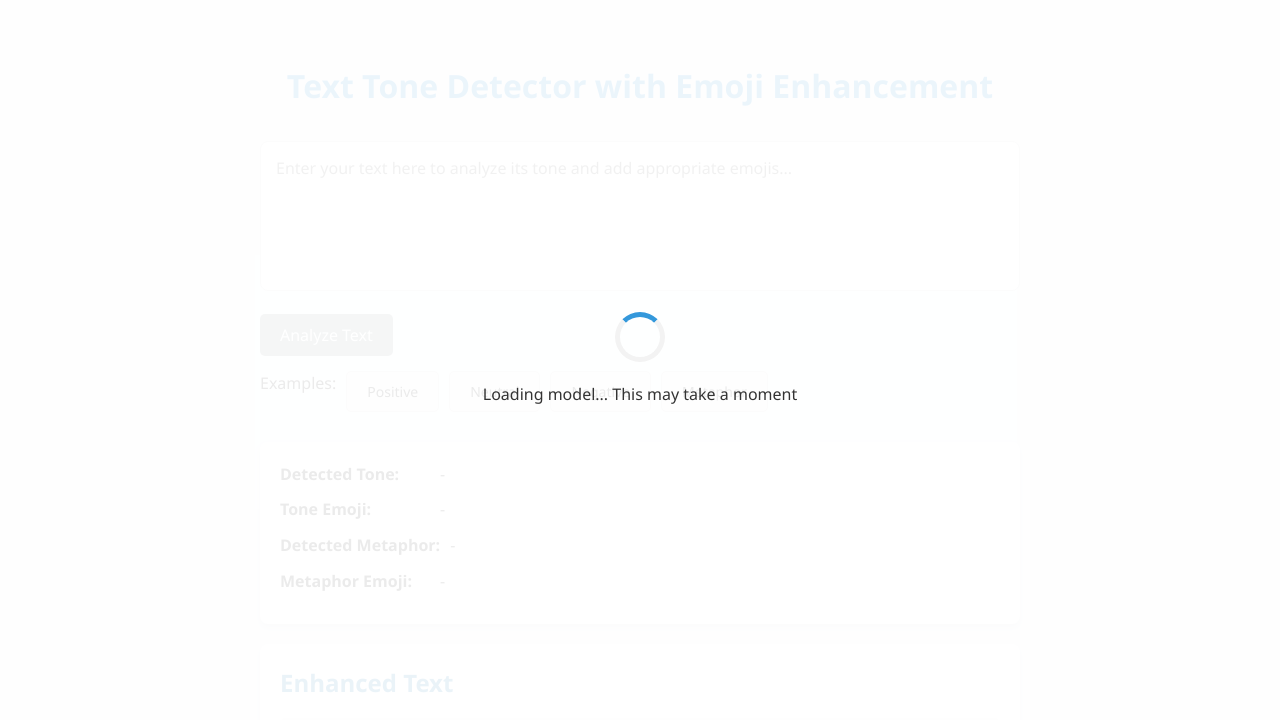
Repository: Teycir/emojiadder
Page: index.html
The author's editor kept a copy of each file at every save. The page is drawn from the files as they stood at one save, then again after the next save.
The browser window is 1280 px wide. The pictures show the window.
A layer covers the whole window, so only the first screen is drawn.

Above is the page before, as saved 2025-03-22 18:06:49.

After the next save:
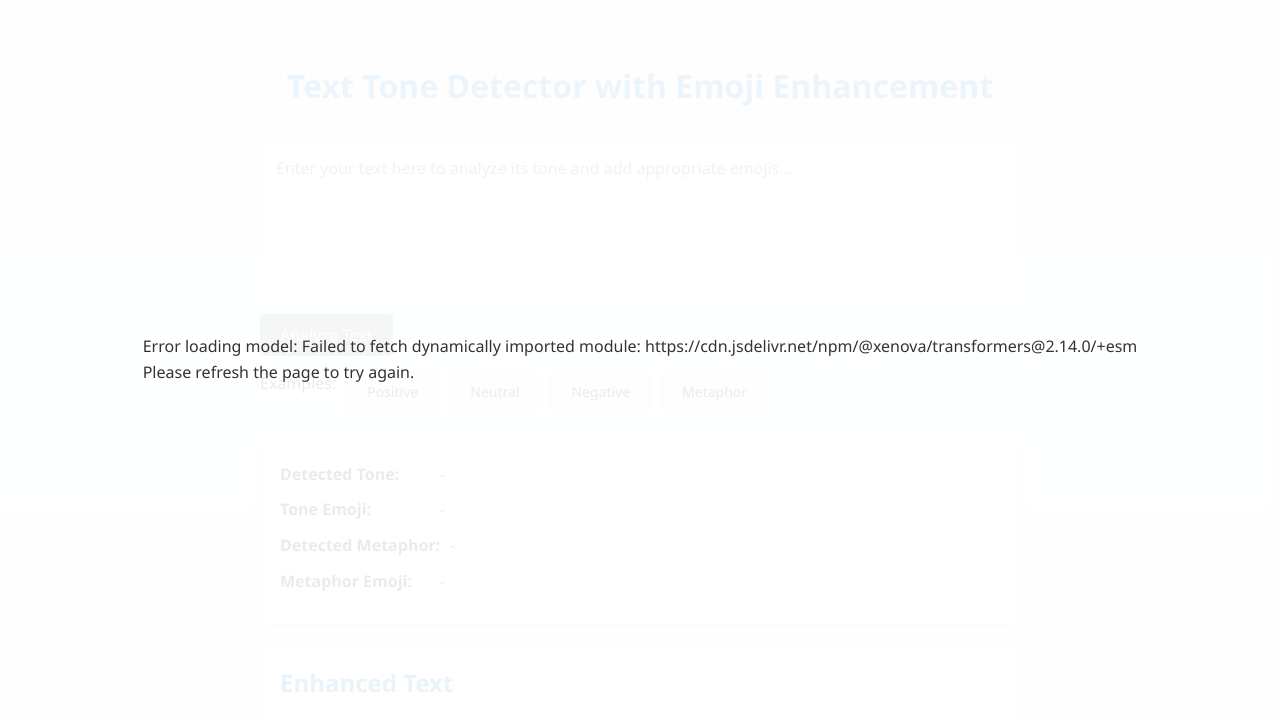
Saved 25 s later.
--- a/TextToneDetector.js
+++ b/TextToneDetector.js
@@ -17,11 +17,8 @@ class TextToneDetector {
     // Model loading status
     this.isModelLoaded = false;
 
-    // Initialize model with a slight delay to ensure DOM is ready
-    setTimeout(() => {
-      console.log('Starting model initialization after delay');
-      this.initializeModel();
-    }, 100);
+    // Initialize model
+    this.initializeModel();
   }
 
   async initializeModel() {
@@ -51,7 +48,17 @@ class TextToneDetector {
       }
     } catch (error) {
       console.error('Error initializing model:', error);
-      alert('Failed to load the sentiment analysis model. Please check your connection and try again.');
+
+      // Show error in the UI
+      const loader = document.getElementById('loader');
+      if (loader) {
+        loader.innerHTML = `
+          <div class="error">
+            <p>Error loading model: ${error.message}</p>
+            <p>Please refresh the page to try again.</p>
+          </div>
+        `;
+      }
     }
   }
 

After the 2 saves that followed:
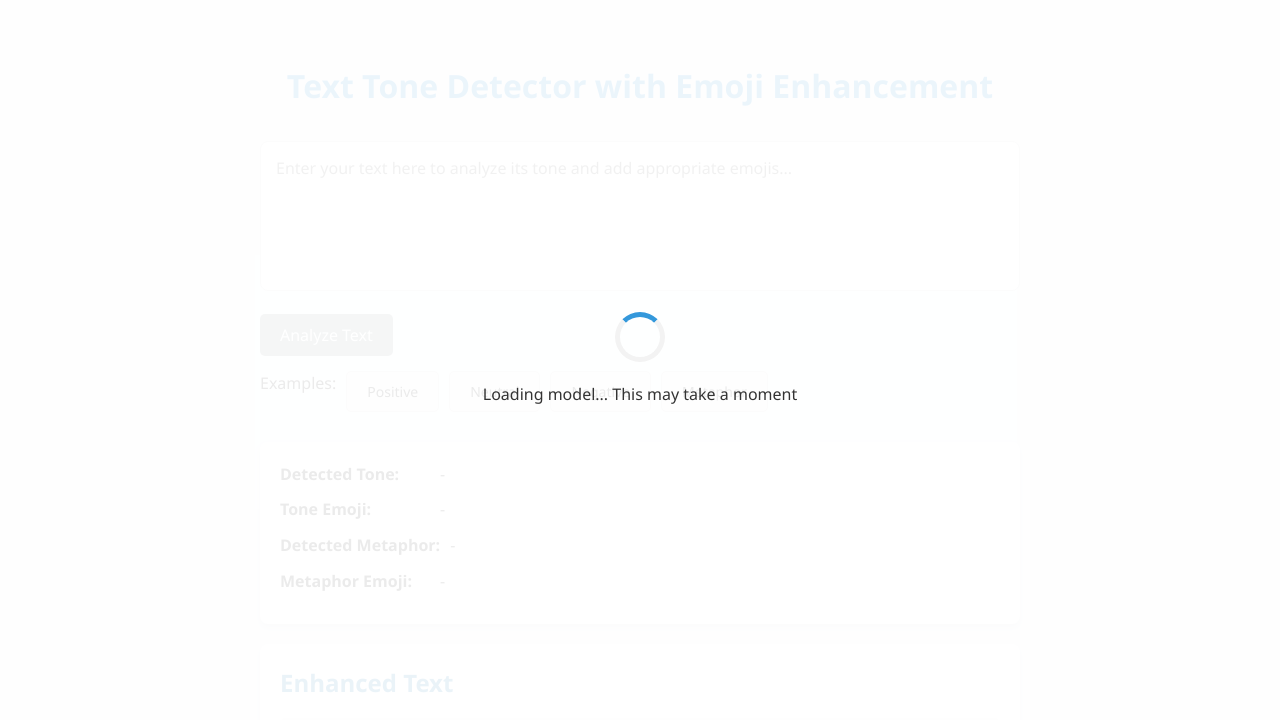
The 2 saves are shown as one change because 1 left the picture as it was.
The last was saved 2 min 49 s later.
--- a/index.html
+++ b/index.html
@@ -5,7 +5,39 @@
     <meta name="viewport" content="width=device-width, initial-scale=1.0">
     <title>Text Tone Detector</title>
     <link rel="stylesheet" href="styles.css">
-    <!-- We'll load the Transformers library as a module in our main script -->
+    <!-- Create a global initialization system -->
+    <script>
+        // Global initialization system
+        window.AppInit = {
+            transformersReady: false,
+            onTransformersReady: [],
+
+            // Register a callback to be called when Transformers is ready
+            registerCallback: function(callback) {
+                if (this.transformersReady) {
+                    // If Transformers is already ready, call the callback immediately
+                    callback();
+                } else {
+                    // Otherwise, add it to the queue
+                    this.onTransformersReady.push(callback);
+                }
+            },
+
+            // Called when Transformers is loaded
+            transformersLoaded: function() {
+                console.log('Transformers library loaded and ready');
+                this.transformersReady = true;
+
+                // Call all registered callbacks
+                this.onTransformersReady.forEach(callback => callback());
+                this.onTransformersReady = [];
+            }
+        };
+    </script>
+
+    <!-- Load Transformers.js with onload handler -->
+    <script src="https://cdn.jsdelivr.net/npm/@xenova/transformers@2.14.0"
+            onload="window.AppInit.transformersLoaded()"></script>
 </head>
 <body>
     <div class="container">
--- a/models/SentimentModel.js
+++ b/models/SentimentModel.js
@@ -1,13 +1,10 @@
 /**
  * Handles sentiment analysis using Transformers.js
- *
- * Using dynamic import to load the Transformers library as a module
  */
 class SentimentModel {
   constructor() {
     this.isLoaded = false;
     this.pipeline = null;
-    this.transformers = null;
 
     console.log('SentimentModel constructor called');
   }
@@ -17,27 +14,53 @@ class SentimentModel {
    * @returns {Promise} Resolves when model is loaded
    */
   async initialize() {
+    return new Promise((resolve, reject) => {
+      try {
+        console.log('Starting to initialize sentiment model');
+
+        // Use the global initialization system to ensure Transformers is loaded
+        window.AppInit.registerCallback(async () => {
+          try {
+            console.log('Transformers is ready, initializing sentiment model');
+
+            // Get the pipeline function from the loaded library
+            const { pipeline } = window.Transformers;
+            console.log('Pipeline function retrieved');
+
+            // Initialize the sentiment analysis pipeline
+            console.log('Loading sentiment analysis model...');
+            this.pipeline = await pipeline('sentiment-analysis', 'Xenova/distilbert-base-uncased-finetuned-sst-2-english');
+            console.log('Sentiment analysis model loaded successfully');
+
+            this.isLoaded = true;
+            resolve(true);
+          } catch (innerError) {
+            console.error('Error in Transformers callback:', innerError);
+            reject(innerError);
+          }
+        });
+      } catch (error) {
+        console.error('Error registering callback:', error);
+        reject(error);
+      }
+    });
+  }
+
+  /**
+   * Analyze text sentiment
+   * @param {string} text - Text to analyze
+   * @returns {Object} Sentiment result
+   */
+  async analyze(text) {
+    if (!this.isLoaded) {
+      throw new Error('Model not loaded yet');
+    }
+
     try {
-      console.log('Starting to initialize sentiment model');
-
-      // Dynamically import the Transformers library
-      console.log('Dynamically importing Transformers library...');
-      this.transformers = await import('https://cdn.jsdelivr.net/npm/@xenova/transformers@2.14.0/+esm');
-      console.log('Transformers library imported successfully');
-
-      // Get the pipeline function from the loaded library
-      const { pipeline } = this.transformers;
-      console.log('Pipeline function retrieved');
-
-      // Initialize the sentiment analysis pipeline
-      console.log('Loading sentiment analysis model...');
-      this.pipeline = await pipeline('sentiment-analysis', 'Xenova/distilbert-base-uncased-finetuned-sst-2-english');
-      console.log('Sentiment analysis model loaded successfully');
-
-      this.isLoaded = true;
-      return true;
+      const result = await this.pipeline(text);
+      return result[0];
     } catch (error) {
-      console.error('Error loading sentiment model:', error);
+      console.error('Error in sentiment analysis:', error);
       throw error;
     }
   }
